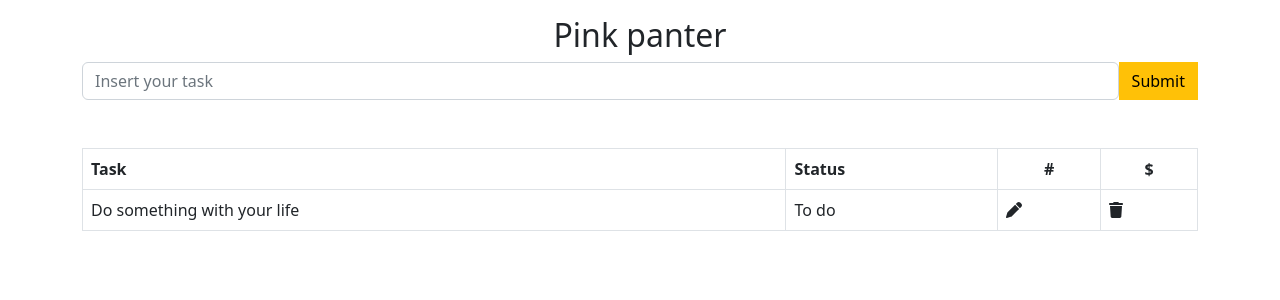
Repository: Wladomax/todo-vue
Page: /
An editor plug-in stored every save of this project. The page is shown before and after the next save, followed by the edit.
The browser window is 1280 px wide. The pictures show the whole page.
The project was rebuilt for these pictures with package versions that can differ from the ones it lists, and the page was loaded fresh each time. Also part of the build but not shown: vue.config.js.

Above is the page before, as saved 2023-01-01 11:59:17.

### src/main.js
import { createApp } from "vue";
import App from "./App.vue";
import "bootstrap/dist/css/bootstrap.min.css";
import "@fortawesome/fontawesome-free/css/all.css";
import "@fortawesome/fontawesome-free/js/all.js";

createApp(App).mount("#app");

### src/App.vue
<template>
  <div>
    <ToDo></ToDo>
  </div>
</template>

<script>
import ToDo from "./components/ToDo.vue";

export default {
  name: "App",
  components: {
    ToDo,
  },
};
</script>

<style></style>

### src/components/ToDo.vue
<template>
  <div class="container">
    <h2 class="text-center mt-3">Pink panter</h2>

    <!-- input -->
    <div class="d-flex">
      <input type="text" placeholder="Insert your task" class="form-control" />
      <button class="btn btn-warning rounded-0">Submit</button>
    </div>

    <!-- Table-->
    <table class="table table-bordered mt-5">
      <thead>
        <tr>
          <th scope="col">Task</th>
          <th scope="col">Status</th>
          <th scope="col" class="text-center">#</th>
          <th scope="col" class="text-center">$</th>
        </tr>
      </thead>
      <tbody>
        <tr>
          <td>Do something with your life</td>
          <td>To do</td>
          <td>
            <div>
              <span class="fa fa-pen"> </span>
            </div>
          </td>
          <td>
            <div>
              <span class="fa fa-trash"> </span>
            </div>
          </td>
        </tr>
      </tbody>
    </table>
  </div>
</template>

<script>
export default {
  name: "ToDo",
  props: {
    msg: String,
  },
};
</script>

<style scoped></style>

Loaded but not shown: public/index.html (common file)

After the next save:
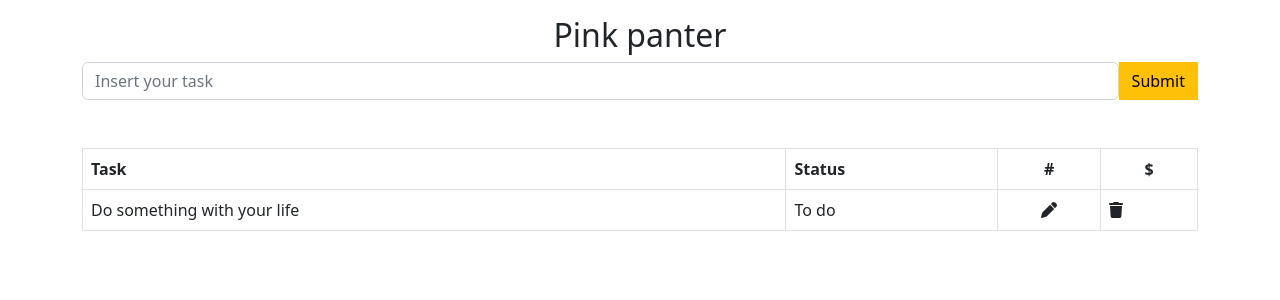
Saved 22 s later.
--- a/src/components/ToDo.vue
+++ b/src/components/ToDo.vue
@@ -23,7 +23,7 @@
           <td>Do something with your life</td>
           <td>To do</td>
           <td>
-            <div>
+            <div class="text-center">
               <span class="fa fa-pen"> </span>
             </div>
           </td>
